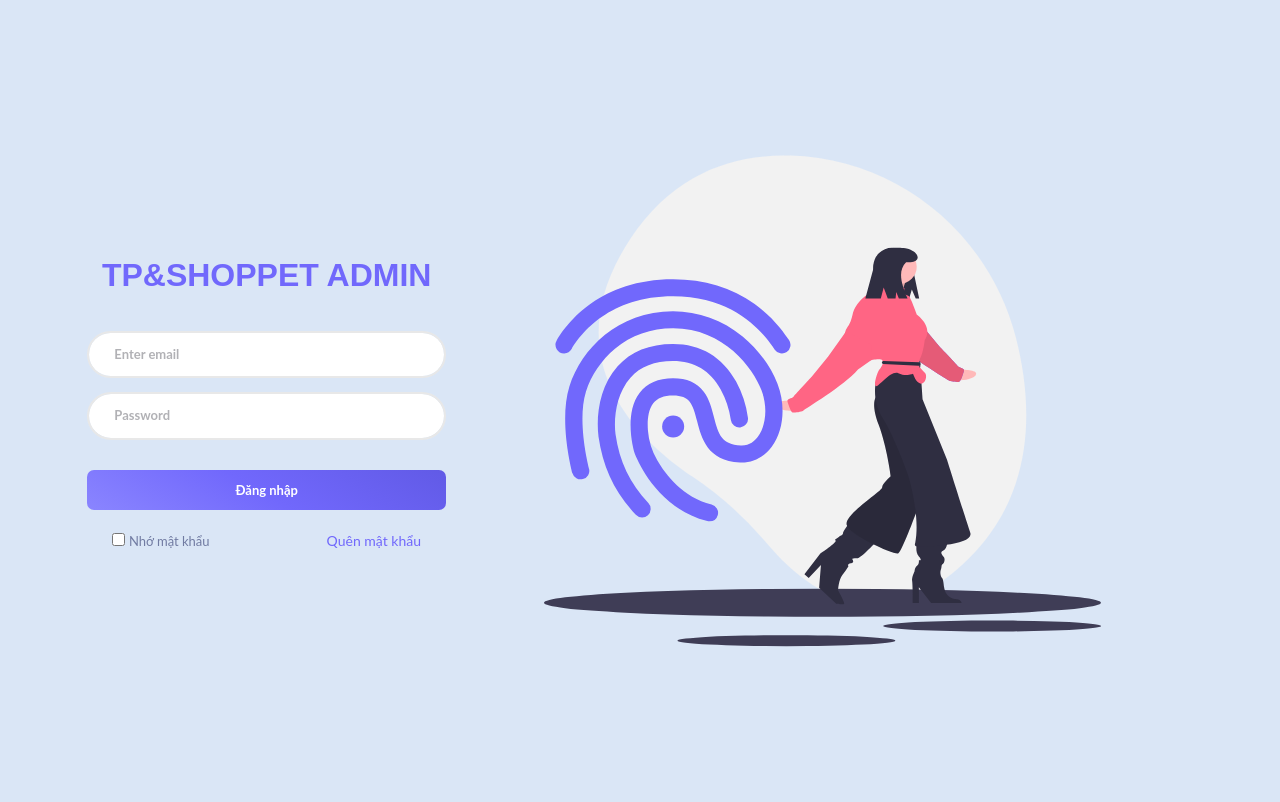
Repository: vantung2102/shoppet_laravel
Page: http://localhost/admin/login
The author's editor kept a copy of each file at every save. The page is drawn from the files as they stood at one save, then again after the next save.
The browser window is 1280 px wide. The pictures show the whole page.
The page is served by the project's Laravel application, run on PHP 8.4 with Laravel 8.

Above is the page before, as saved 2021-12-11 19:49:14.
Console error: TypeError: $(...).slimScroll is not a function

After the next save:
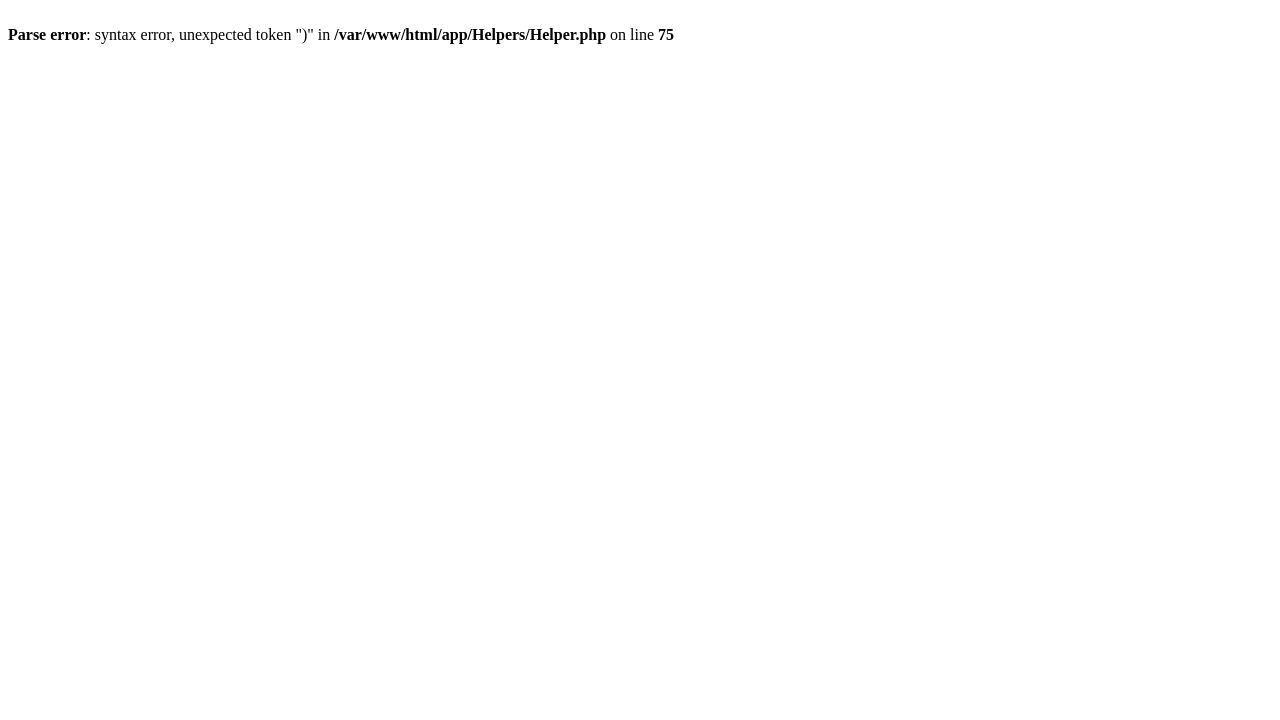
The error is gone.
Saved 2 min 49 s later.
--- a/app/Helpers/Helper.php
+++ b/app/Helpers/Helper.php
@@ -69,7 +69,21 @@
                     <a href="/danh-muc/"' . $menu->id . '-' . Str::slug($menu->name, '-') . '.html">
                     ' . $menu->name . '
                     </a>';
+
+                unset($menus[$key]);
+
+                if()
             }
         }
     }
+
+    public static function isChild($menus,$id){
+        foreach($menus as $menu){
+            if($menu->parent_id==$id){
+                return true;
+            }
+        }
+
+        return false;
+    }
 }

After the save that followed:
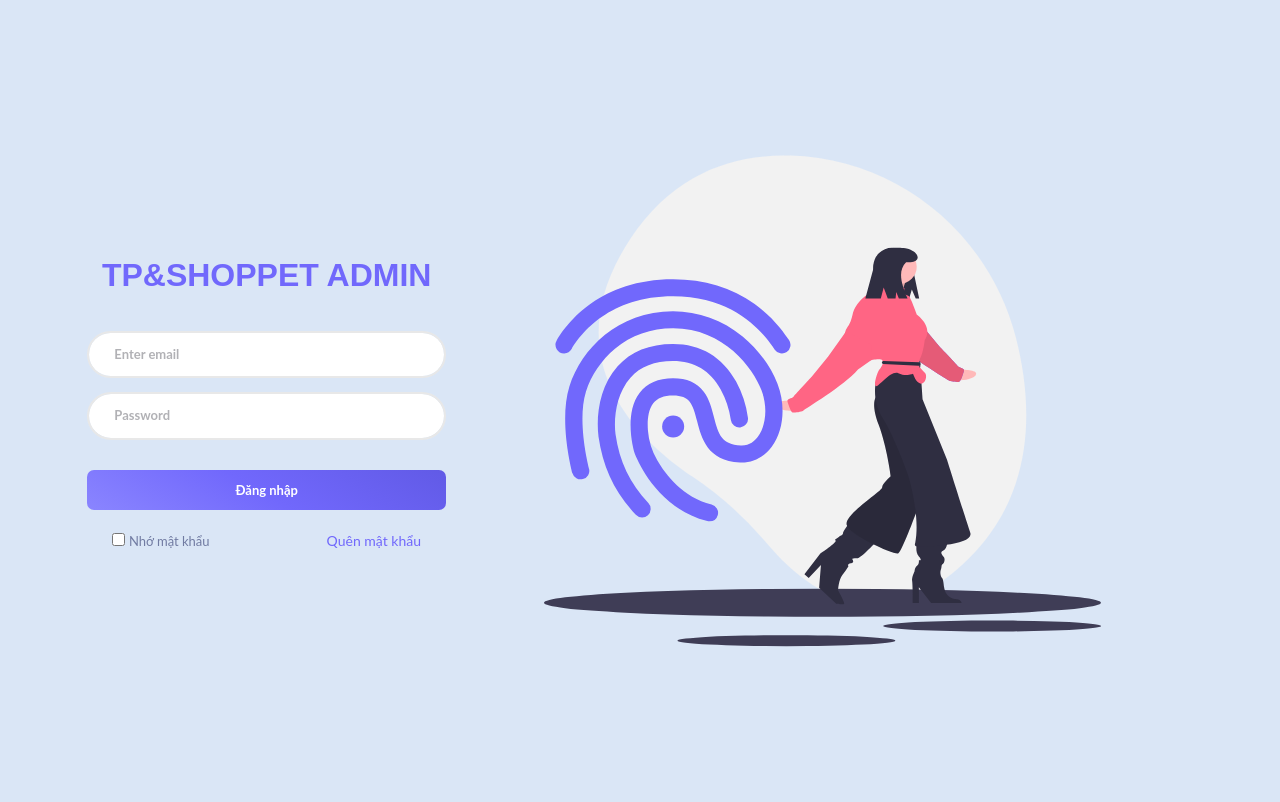
Console error: TypeError: $(...).slimScroll is not a function
Saved 44 s later.
--- a/app/Helpers/Helper.php
+++ b/app/Helpers/Helper.php
@@ -1,6 +1,8 @@
 <?php
 
 namespace App\Helpers;
+
+use Illuminate\Support\Str;
 
 class Helper
 {
@@ -72,14 +74,16 @@
 
                 unset($menus[$key]);
 
-                if()
+                if (self::isChild($menus, $menu->id)) {
+                }
             }
         }
     }
 
-    public static function isChild($menus,$id){
-        foreach($menus as $menu){
-            if($menu->parent_id==$id){
+    public static function isChild($menus, $id)
+    {
+        foreach ($menus as $menu) {
+            if ($menu->parent_id == $id) {
                 return true;
             }
         }
